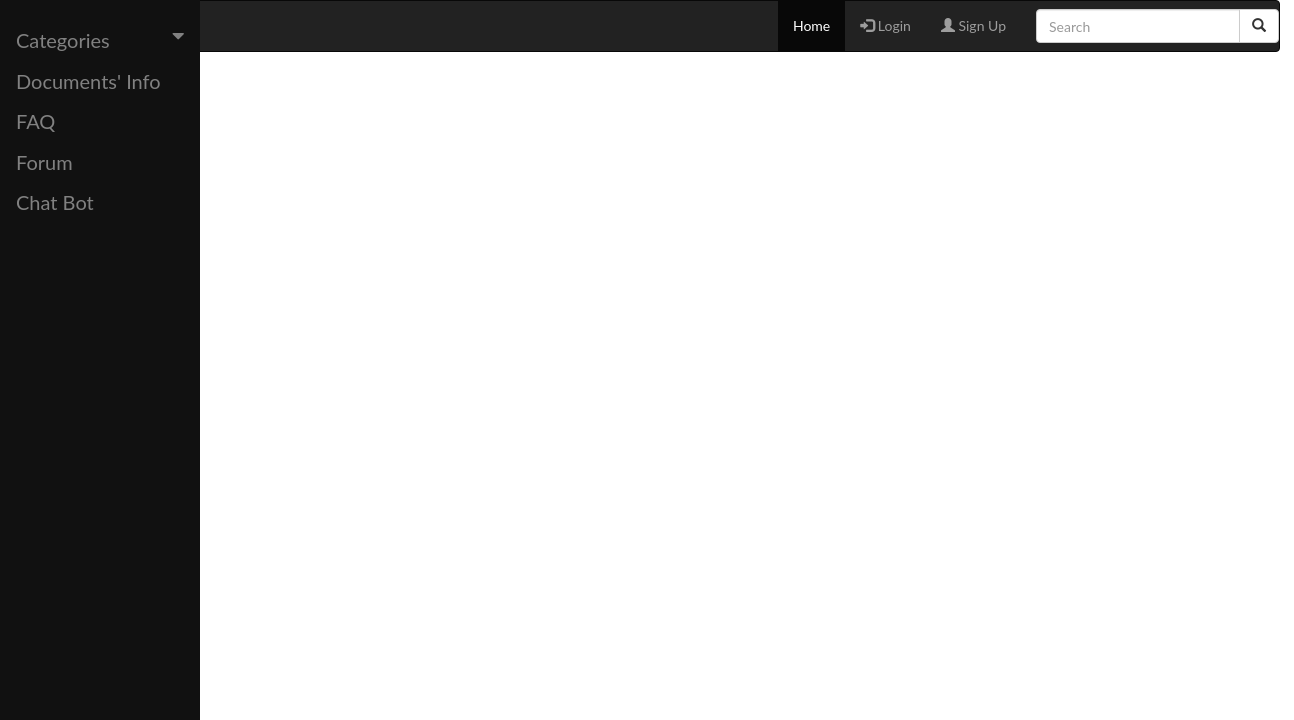
Repository: isranivishal/TsecCodestorm
Page: http://localhost/
An editor plug-in stored every save of this project. The page is shown before and after the next save, followed by the edit.
The browser window is 1280 px wide. The page is 1294 px wide, so the pictures cover 1294 px, including what lies to the right of the window. The pictures show the whole page.
Some web libraries are served in a nearby version. The page is run by PHP 8.4 with error messages shown; the project is at /var/www/html/.

Above is the page before, as saved 2018-09-22 05:21:18.

After the next save:
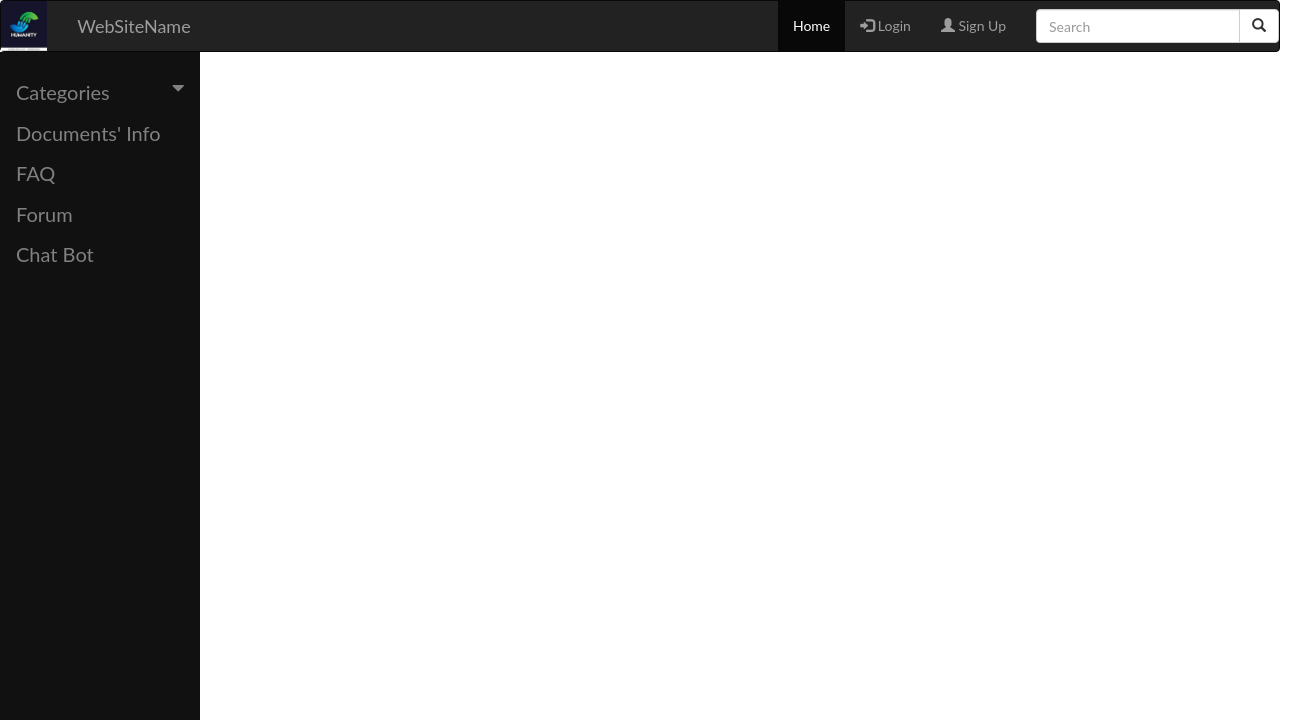
Saved 106 s later.
--- a/index.php
+++ b/index.php
@@ -21,6 +21,7 @@
                     .sidenav {
                         height: 100%;
                         width: 200px;
+                        margin-top : 52px;
                         position: fixed;
                         z-index: 1;
                         top: 0;
